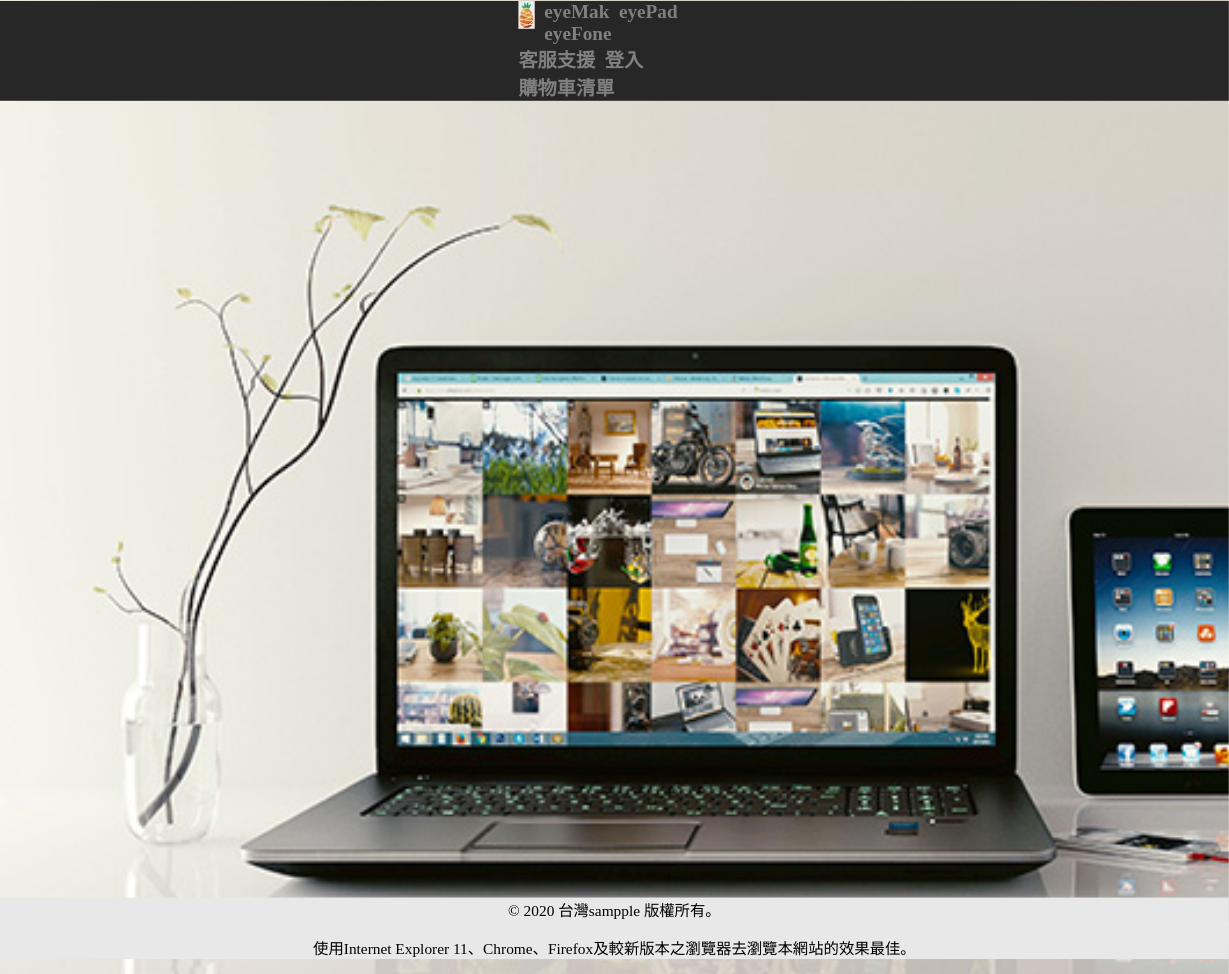
Repository: Vincent4142/NewFinalProject
Page: http://localhost/FinalProject/
The author's editor kept a copy of each file at every save. The page is drawn from the files as they stood at one save, then again after the next save.
The browser window is 1280 px wide. The pictures show the whole page, at 96% of full size.
The page is served by Tomcat 9.

Above is the page before, as saved 2020-04-09 06:30:33.

After the next save:
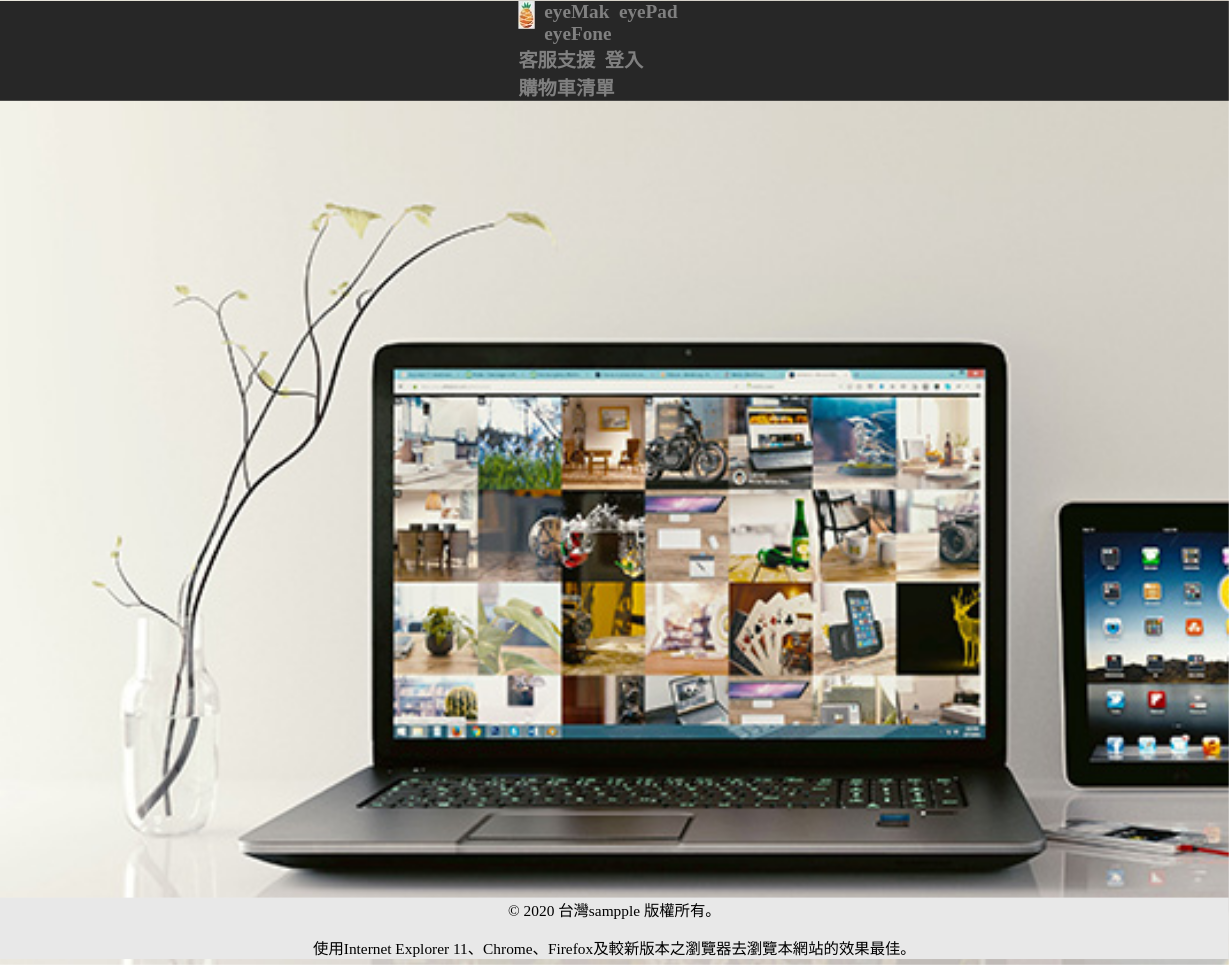
Saved 2 min 18 s later.
--- a/FinalProject/WebContent/fragment/indexBOTTOM.jsp
+++ b/FinalProject/WebContent/fragment/indexBOTTOM.jsp
@@ -12,7 +12,7 @@
 		background-color:#E8E8E8;
 		text-align: center;
 		margin-top: 110px;
-		margin-bottom: 0px;
+		margin-bottom: -10px;
 	}
 
 </style>

After the save that followed:
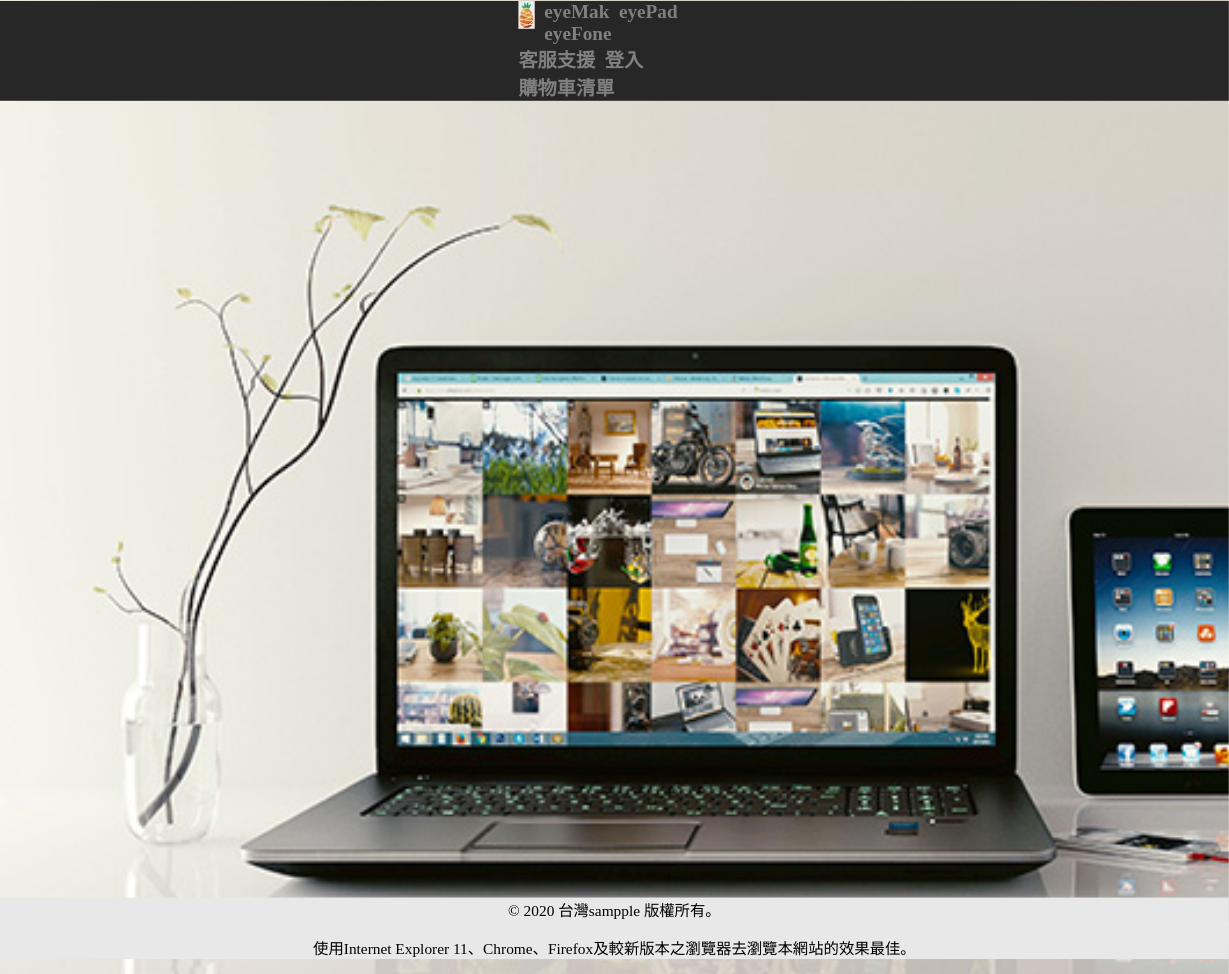
Saved 45 s later.
--- a/FinalProject/WebContent/fragment/indexBOTTOM.jsp
+++ b/FinalProject/WebContent/fragment/indexBOTTOM.jsp
@@ -12,7 +12,7 @@
 		background-color:#E8E8E8;
 		text-align: center;
 		margin-top: 110px;
-		margin-bottom: -10px;
+		margin-bottom: 0px;
 	}
 
 </style>
